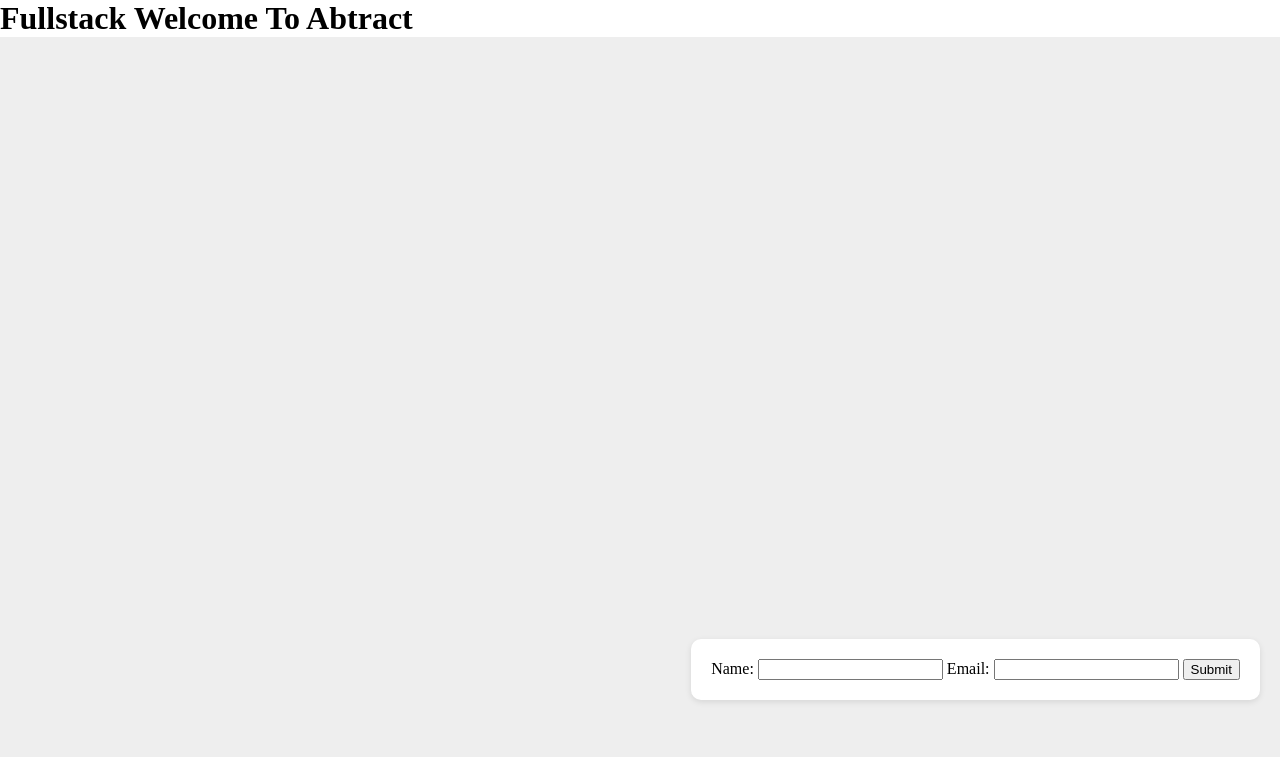
Repository: Melinda-Nanjad-Personal-Website/Personal-web
Page: picasso.html
These files come from the project's save history. The page is drawn as it stood at one moment and after the next save; the edit follows.
The browser window is 1280 px wide. The pictures show the whole page.

Above is the page before, as saved 2023-08-18 13:07:03.

After the next save:
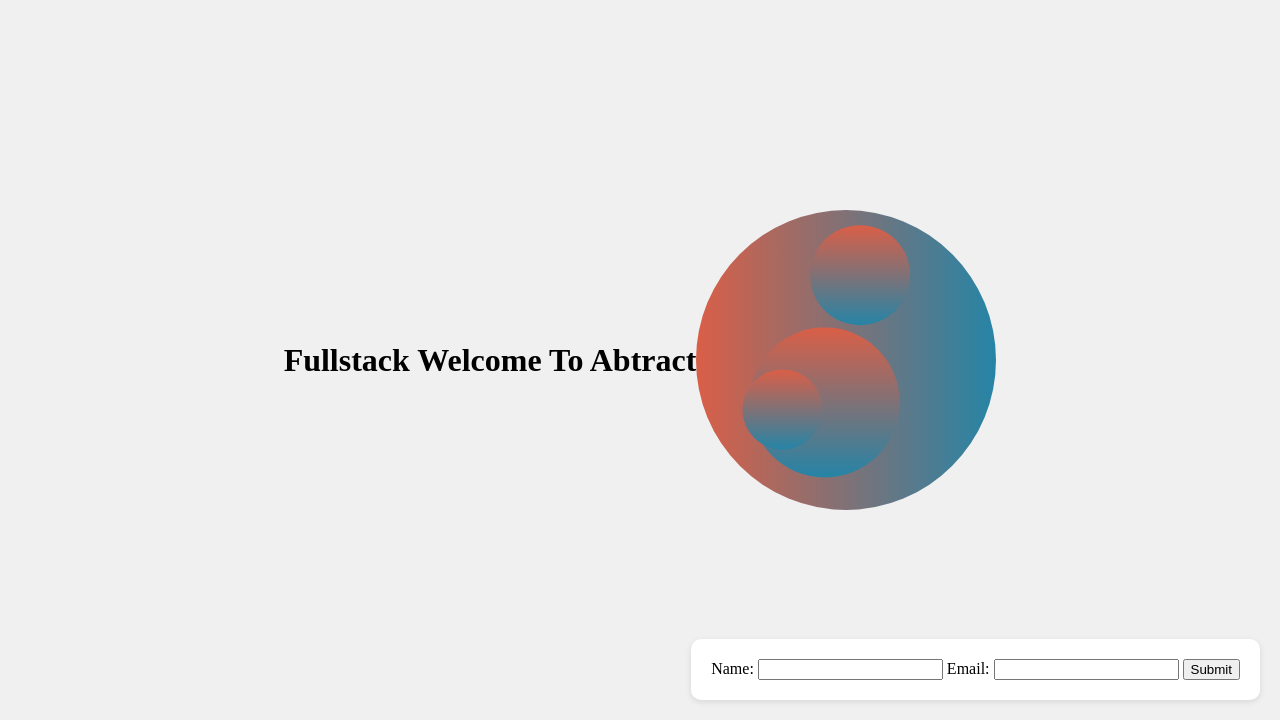
Saved 101 s later.
--- a/picasso.html
+++ b/picasso.html
@@ -22,5 +22,65 @@
 
       <button type="submit">Submit</button>
     </form>
+    <!DOCTYPE html>
+    <html>
+      <head>
+        <title>Abstract Painting with CSS</title>
+        <style>
+          body {
+            margin: 0;
+            display: flex;
+            align-items: center;
+            justify-content: center;
+            min-height: 100vh;
+            background-color: #f0f0f0;
+          }
+
+          .abstract-painting {
+            width: 300px;
+            height: 300px;
+            background: linear-gradient(45deg, #ff5733, #008cba);
+            border-radius: 50%;
+            position: relative;
+            transform: rotate(45deg);
+            overflow: hidden;
+          }
+
+          .circle {
+            position: absolute;
+            width: 100px;
+            height: 100px;
+            background: linear-gradient(-45deg, #008cba, #ff5733);
+            border-radius: 50%;
+          }
+
+          .circle-1 {
+            top: 30px;
+            left: 50px;
+          }
+
+          .circle-2 {
+            top: 120px;
+            right: 60px;
+            width: 150px;
+            height: 150px;
+          }
+
+          .circle-3 {
+            bottom: 30px;
+            left: 100px;
+            width: 80px;
+            height: 80px;
+          }
+        </style>
+      </head>
+      <body>
+        <div class="abstract-painting">
+          <div class="circle circle-1"></div>
+          <div class="circle circle-2"></div>
+          <div class="circle circle-3"></div>
+        </div>
+      </body>
+    </html>
   </body>
 </html>
